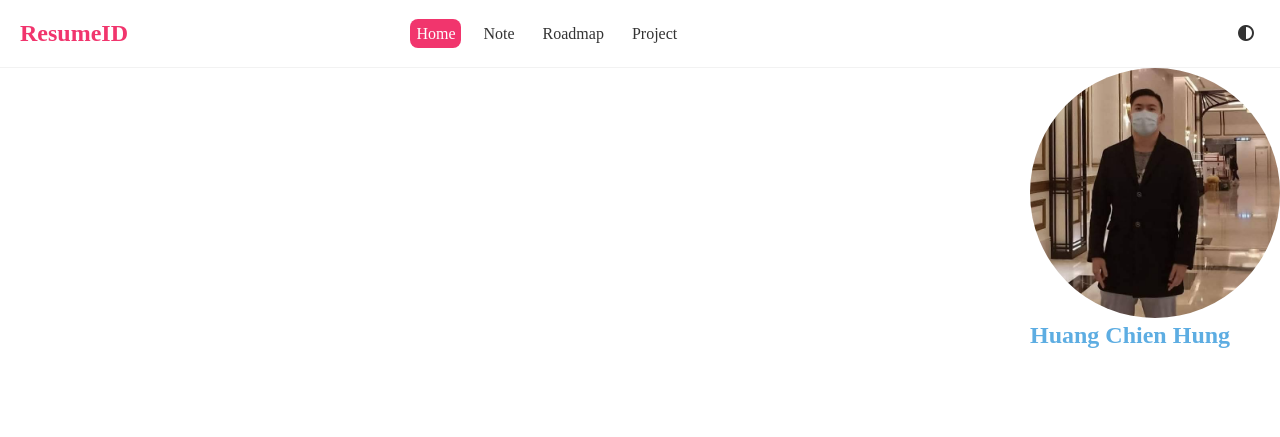
Repository: leo-play-code/ResumeID
Page: /
The author's editor kept a copy of each file at every save. The page is drawn from the files as they stood at one save, then again after a run of saves.
The browser window is 1280 px wide. The pictures show the whole page.
Some web libraries are served in a nearby version. The project was rebuilt for these pictures with package versions that can differ from the ones it lists, and the page was loaded fresh each time. Also part of the build but not shown: src/Note/Note.js, src/Roadmap/Roadmap.js, src/Project/Project.js.

Above is the page before, as saved 2022-10-18 14:14:47.

After the next 2 saves:
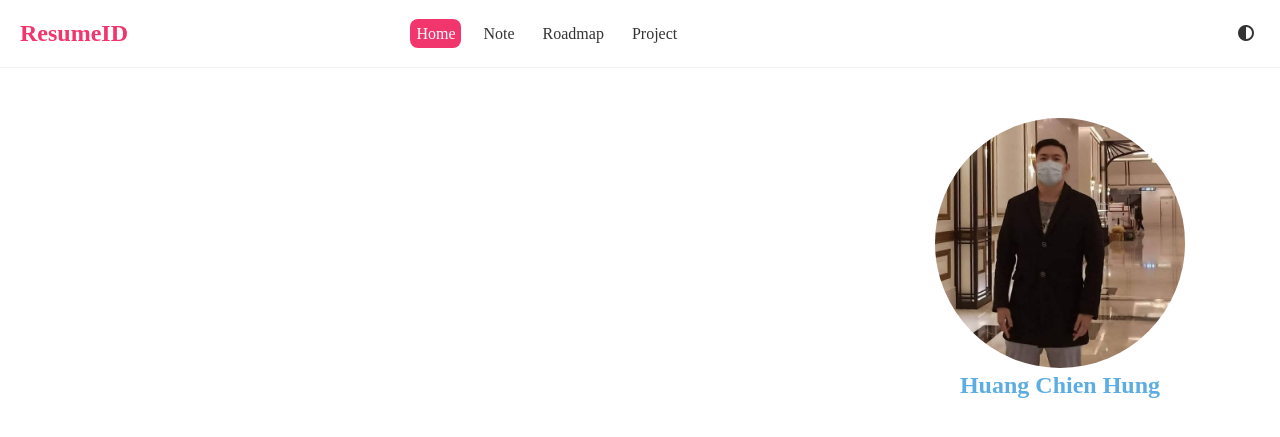
The 2 saves are shown as one change because they came seconds apart.
The last was saved 8 s later.
--- a/src/index.css
+++ b/src/index.css
@@ -60,5 +60,12 @@
 }
 
 .Home .profile .picture{
+  width:400px;
+  height:300px;
+  margin-top: 50px;
+  margin-right:20px;
+  margin-bottom: 20px;
+  float:right;
+  text-align: center;
   float:right;
 }
